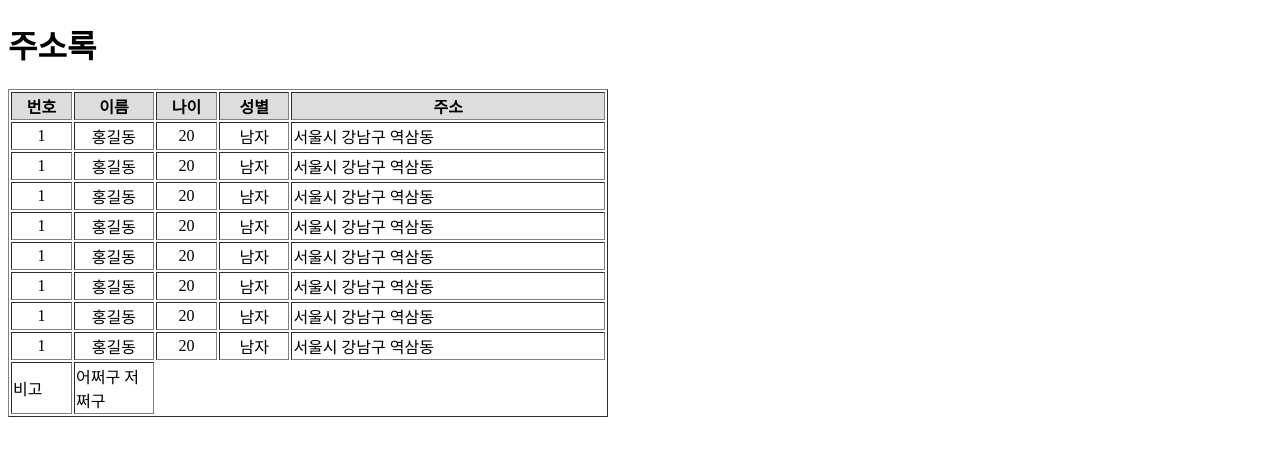
Repository: chanjin5212/Full-Stack-study
Page: client/ClientTest/src/main/webapp/html/ex16_table.html
These files come from the project's save history. The page is drawn as it stood at one moment and after the next save; the edit follows.
The browser window is 1280 px wide. The pictures show the whole page.

Above is the page before, as saved 2022-05-24 07:25:38.

After the next save:
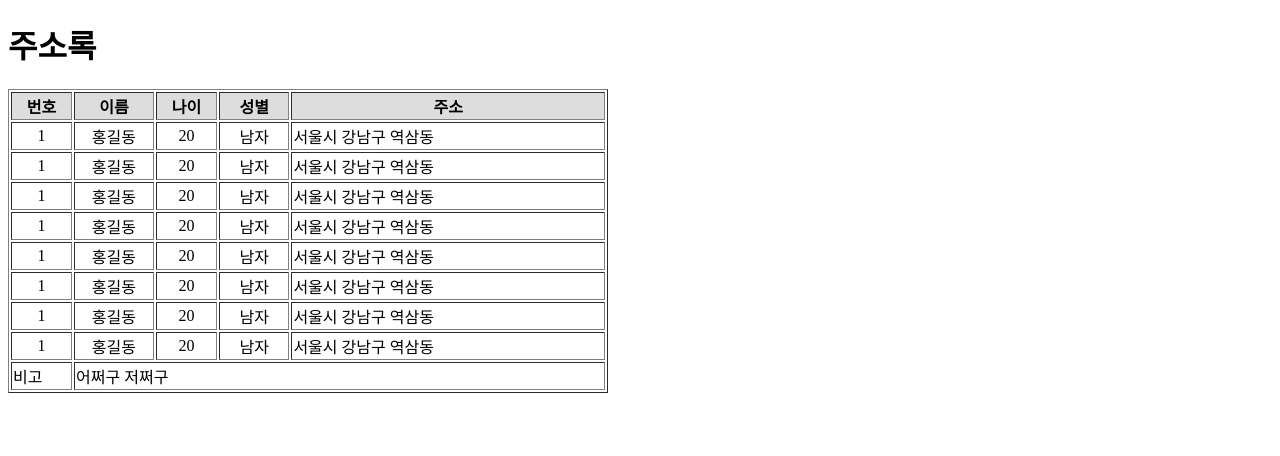
Saved 11 s later.
--- a/client/ClientTest/src/main/webapp/html/ex16_table.html
+++ b/client/ClientTest/src/main/webapp/html/ex16_table.html
@@ -92,7 +92,7 @@
 		</tr>
 		<tr>
 			<td>비고</td>
-			<td>어쩌구 저쩌구</td>
+			<td colspan="5">어쩌구 저쩌구</td>
 		</tr>
 	</table>
 
